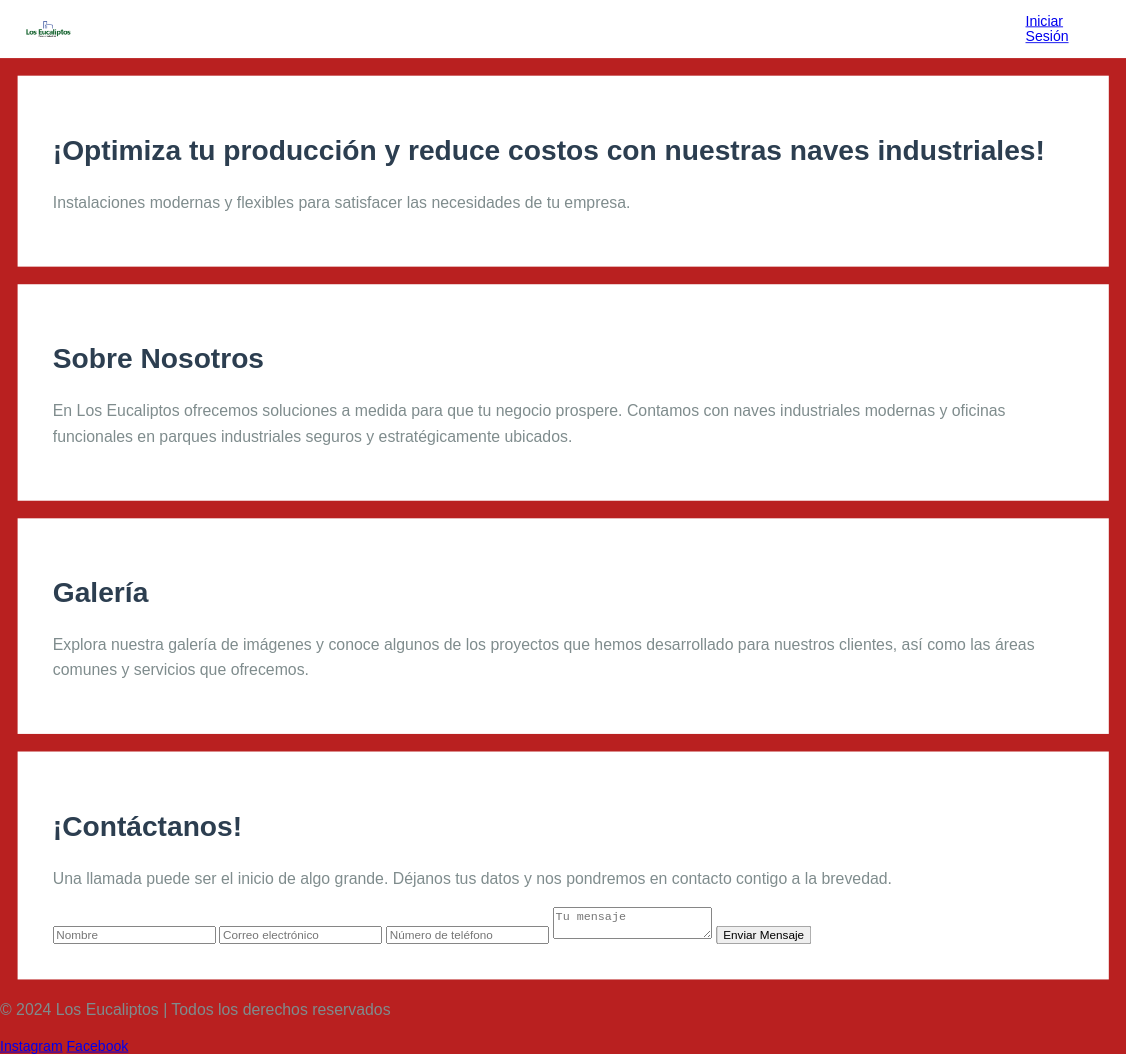
Repository: Los-Eucaliptos-WebApp/Los-Eucaliptos-FrontEnd
Page: pages/los-eucaliptos-home-page/index.html
These files come from the project's save history. The page is drawn as it stood at one moment and after the next save; the edit follows.
The browser window is 1280 px wide. The pictures show the whole page, at 88% of full size.

Above is the page before, as saved 2025-02-16 21:55:53.

After the next save:
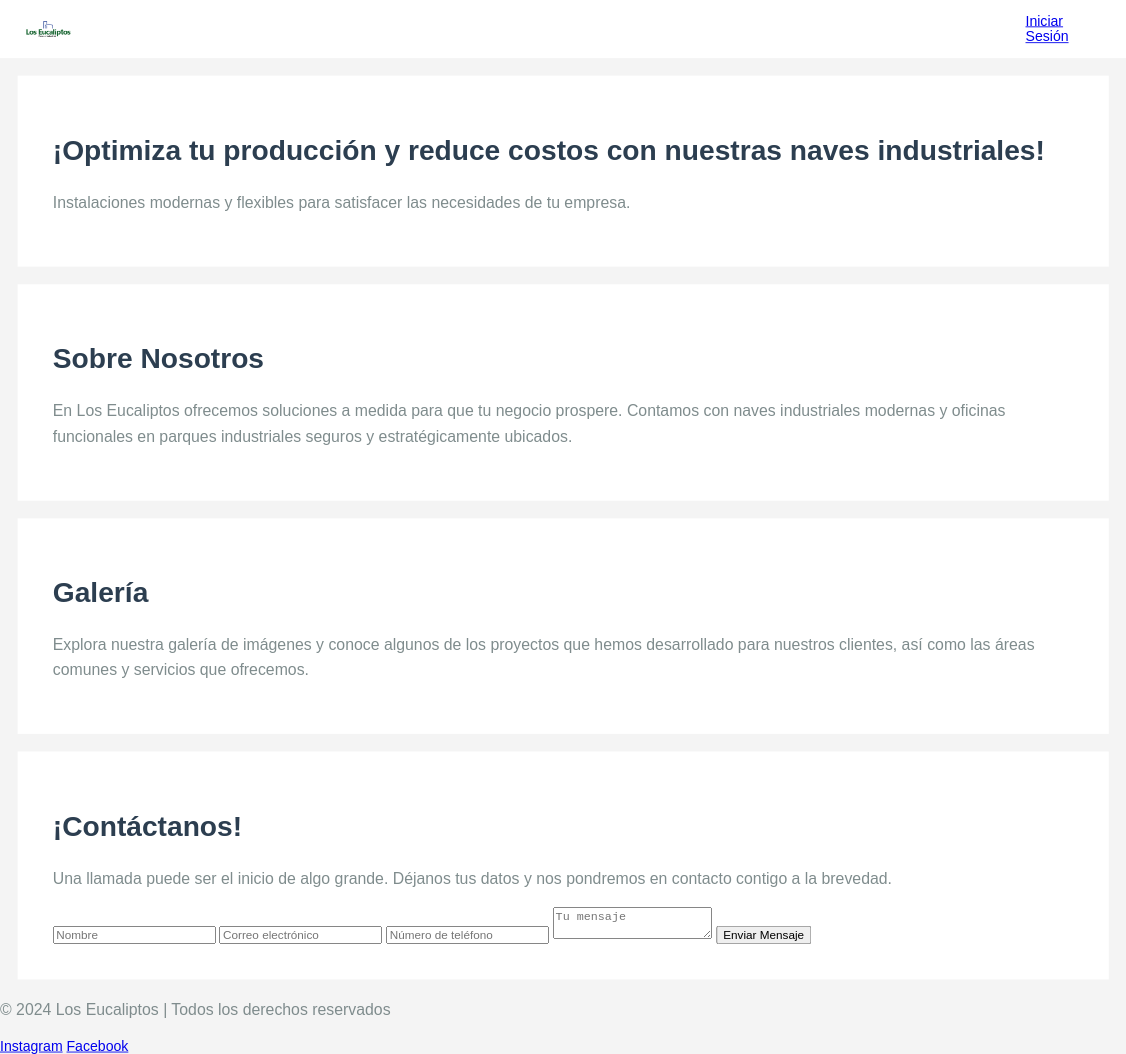
Saved 6 s later.
--- a/pages/los-eucaliptos-home-page/styles.css
+++ b/pages/los-eucaliptos-home-page/styles.css
@@ -3,7 +3,7 @@ body {
     font-family: Arial, sans-serif;
     margin: 0;
     padding: 0;
-    background-color: #b92020;
+    background-color: #f4f4f4;
 }
 
 /* ENCABEZADO */
@@ -12,7 +12,7 @@ header {
     justify-content: space-between;
     align-items: center;
     background: #ffffff;
-    color: rgb(10, 45, 85);
+    color: rgb(20, 54, 94);
     padding: 15px 30px;
 }
 
